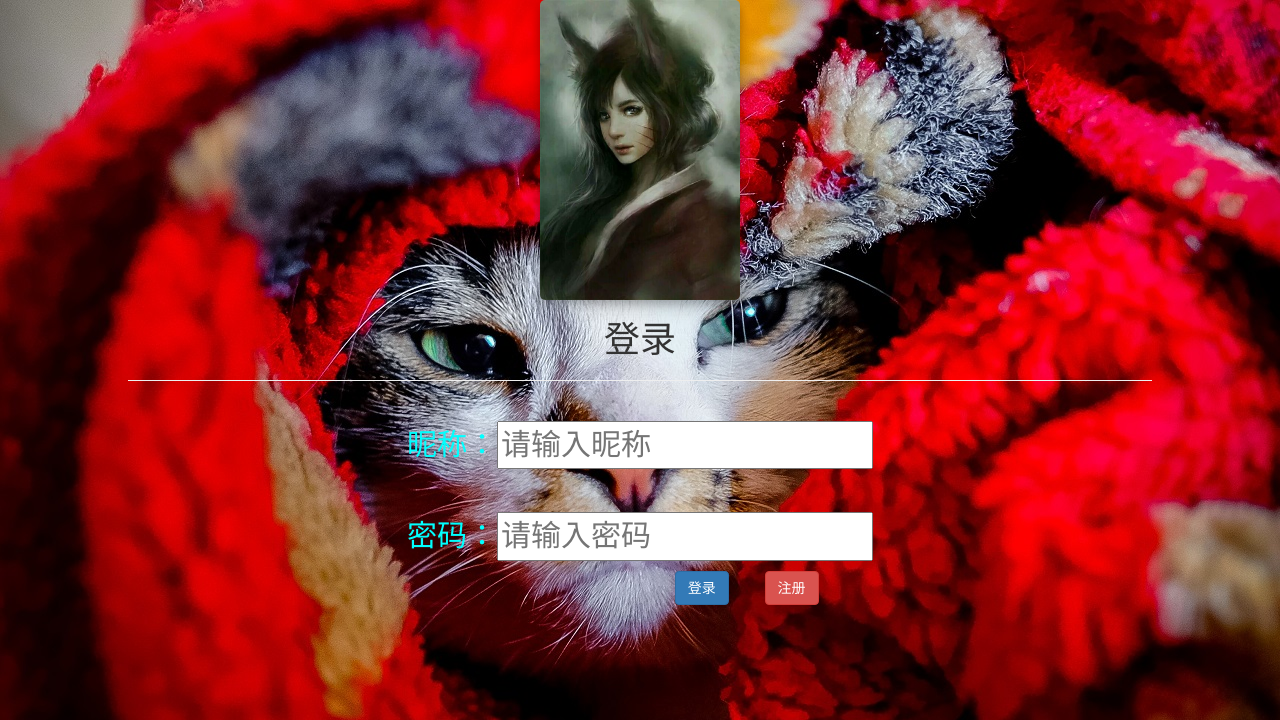
Repository: JuniorProjectTraining/free
Page: http://localhost/emss/login.jsp
The author's editor kept a copy of each file at every save. The page is drawn from the files as they stood at one save, then again after the next save.
The browser window is 1280 px wide. The pictures show the whole page.
Some web libraries are served in a nearby version. The page is served by Tomcat 9. Other server files are loaded and not shown.

Above is the page before, as saved 2019-12-25 13:56:03.

### emss/src/main/webapp/login.jsp
<%@ page language="java" contentType="text/html; charset=UTF-8"
	pageEncoding="UTF-8"%>
<!DOCTYPE html>
<html>
<head>
<meta charset="UTF-8">
<title>Insert title here</title>

<meta http-equiv="X-UA-Compatible" content="IE=edge">
<meta name="viewport" content="width=device-width, initial-scale=1">
<!-- 上述3个meta标签*必须*放在最前面，任何其他内容都*必须*跟随其后！ -->
<script src="https://cdn.staticfile.org/jquery/1.10.2/jquery.min.js"></script>

<!-- Bootstrap -->

<link
	href="https://cdn.jsdelivr.net/npm/bootstrap@3.3.7/dist/css/bootstrap.min.css"
	rel="stylesheet">

<style type="text/css">
body {
	margin: 0;
	height: 100vh;
}

.nn, .nn input {
	font-family: "楷体";
	font-size: 30px;
	color: cyan;
}

#n {
	box-shadow: 0 4px 8px 0 rgba(0, 0, 0, 0.2), 0 6px 20px 0
		rgba(0, 0, 0, 0.19);
	width: 200px;
	height: 300px;
	border-radius: 32px;
	border-radius: 5px;
	cursor: pointer;
	transition: 0.3s;
}

#beijing {
	background-image: url(./image/parallex.jpg);
	background-size: 100%;
	background-repeat: no-repeat;
	height: 100%;
	text-align: center;
}
</style>
</head>
<body>
	<div id="beijing">
		<img id="n" src="./image/ali_27.jpeg">
		<h1 Style="text-align: center;">登录</h1>
		<hr width="80%">

		<form style="text-align: center;"
			action="${pageContext.request.contextPath }/EmpServlet?cmd=login"
			method="post">
			<br>
			<p class="nn">
				昵称：<input id="username" name="nickname" placeholder="请输入昵称" />
				<br>
				<br>
				密码：<input type="password" id="password" name="password"
					placeholder="请输入密码"/ >
					<br>
					<div class="col-sm-offset-2 col-sm-10">
					<button type="submit" class="btn btn-primary">登录</button>
					&emsp;&emsp;
					<button type="reset" class="btn btn-danger">注册</button>
				</div>
			</p>
		</form>
	</div>

	<script
		src="https://cdn.jsdelivr.net/npm/jquery@1.12.4/dist/jquery.min.js"></script>
	<!-- 加载 Bootstrap 的所有 JavaScript 插件。你也可以根据需要只加载单个插件。 -->
	<script
		src="https://cdn.jsdelivr.net/npm/bootstrap@3.3.7/dist/js/bootstrap.min.js"></script>

</body>
</html>

After the next save:
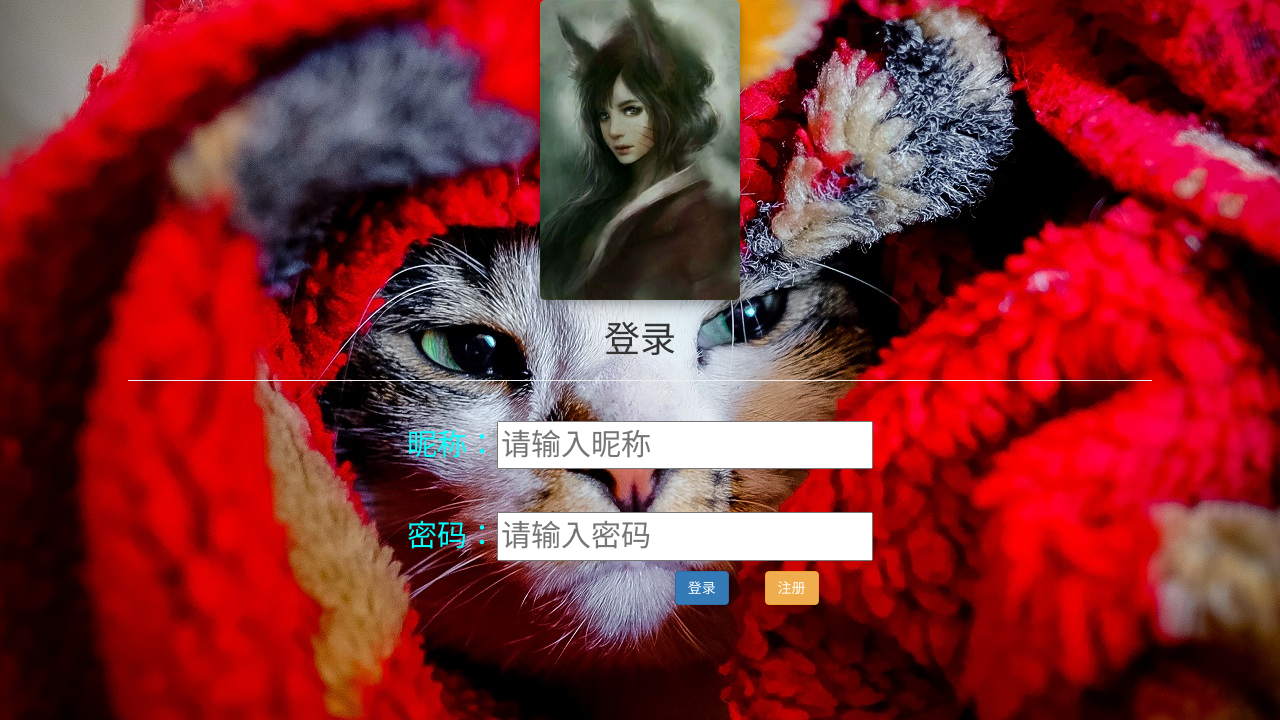
Saved 45 s later.
--- a/emss/src/main/webapp/login.jsp
+++ b/emss/src/main/webapp/login.jsp
@@ -69,7 +69,7 @@ body {
 					<div class="col-sm-offset-2 col-sm-10">
 					<button type="submit" class="btn btn-primary">登录</button>
 					&emsp;&emsp;
-					<button type="reset" class="btn btn-danger">注册</button>
+					<button type="reset" class="btn btn-warning">注册</button>
 				</div>
 			</p>
 		</form>
